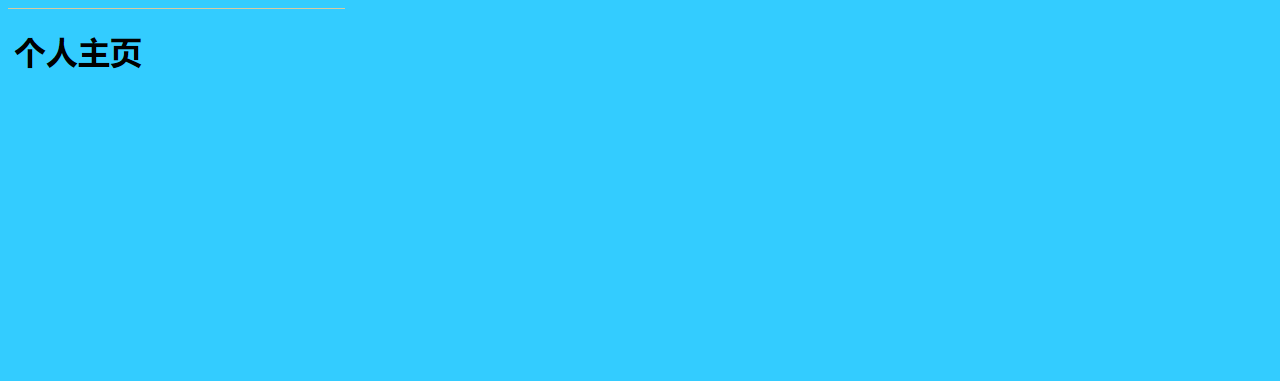
Repository: 13982720426/jsp-homework
Page: JSP实验课作业/JSP实验课1/sy2-6.html
These files come from the project's save history. The page is drawn as it stood at one moment and after the next save; the edit follows.
The browser window is 1280 px wide. The pictures show the whole page.

Above is the page before, as saved 2021-04-21 20:42:16.

### JSP实验课作业/JSP实验课1/sy2-6.html
<!DOCTYPE html>
<html>

<head>
    <meta charset="utf-8" />
    <title>短视频鉴赏</title>
</head>

<body bgcolor='#33ccff'>
    <div>
        <img src="/imgs/2.PNG" alt="">
    </div>
</body>

</html>

After the next save:
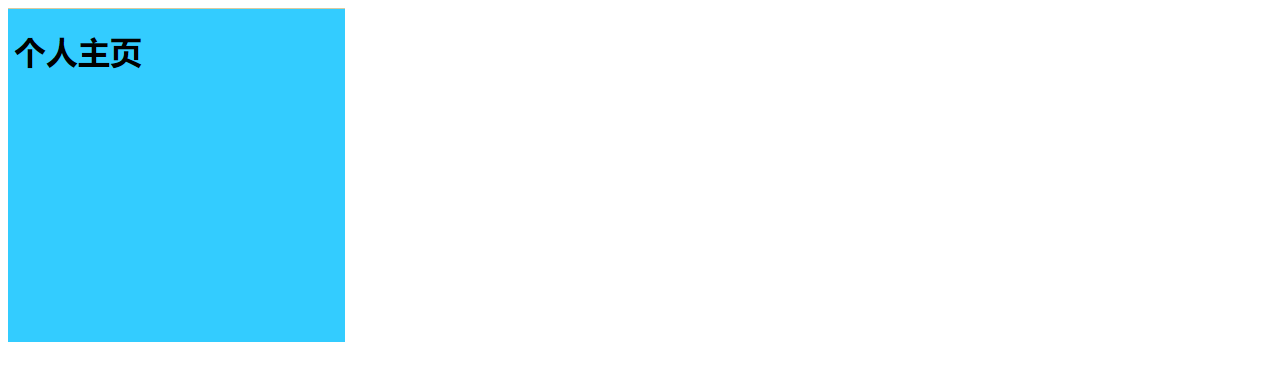
Saved 9 s later.
--- a/JSP实验课作业/JSP实验课1/sy2-6.html
+++ b/JSP实验课作业/JSP实验课1/sy2-6.html
@@ -6,7 +6,7 @@
     <title>短视频鉴赏</title>
 </head>
 
-<body bgcolor='#33ccff'>
+<body>
     <div>
         <img src="/imgs/2.PNG" alt="">
     </div>

After the 2 saves that followed:
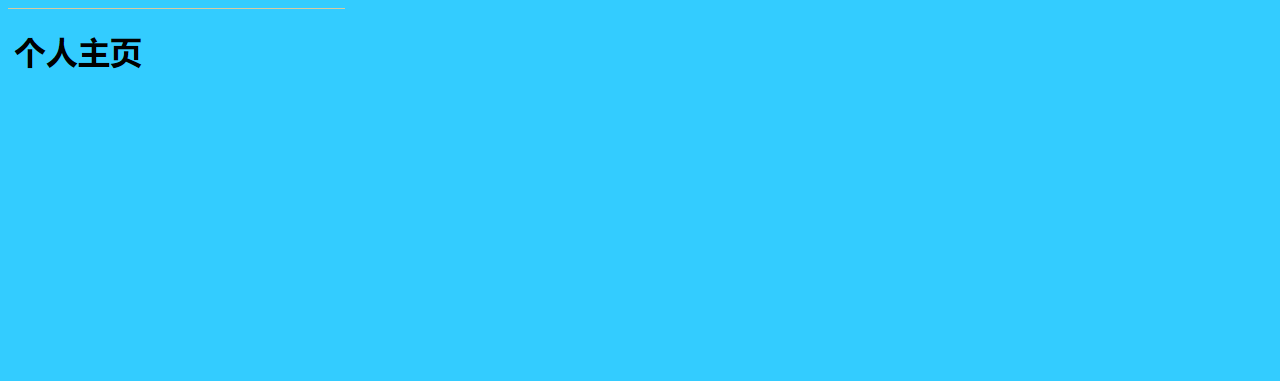
The 2 saves are shown as one change because 1 left the picture as it was.
The last was saved 59 s later.
--- a/JSP实验课作业/JSP实验课1/sy2-6.html
+++ b/JSP实验课作业/JSP实验课1/sy2-6.html
@@ -6,7 +6,7 @@
     <title>短视频鉴赏</title>
 </head>
 
-<body>
+<body bgcolor='#33ccff'>
     <div>
         <img src="/imgs/2.PNG" alt="">
     </div>
